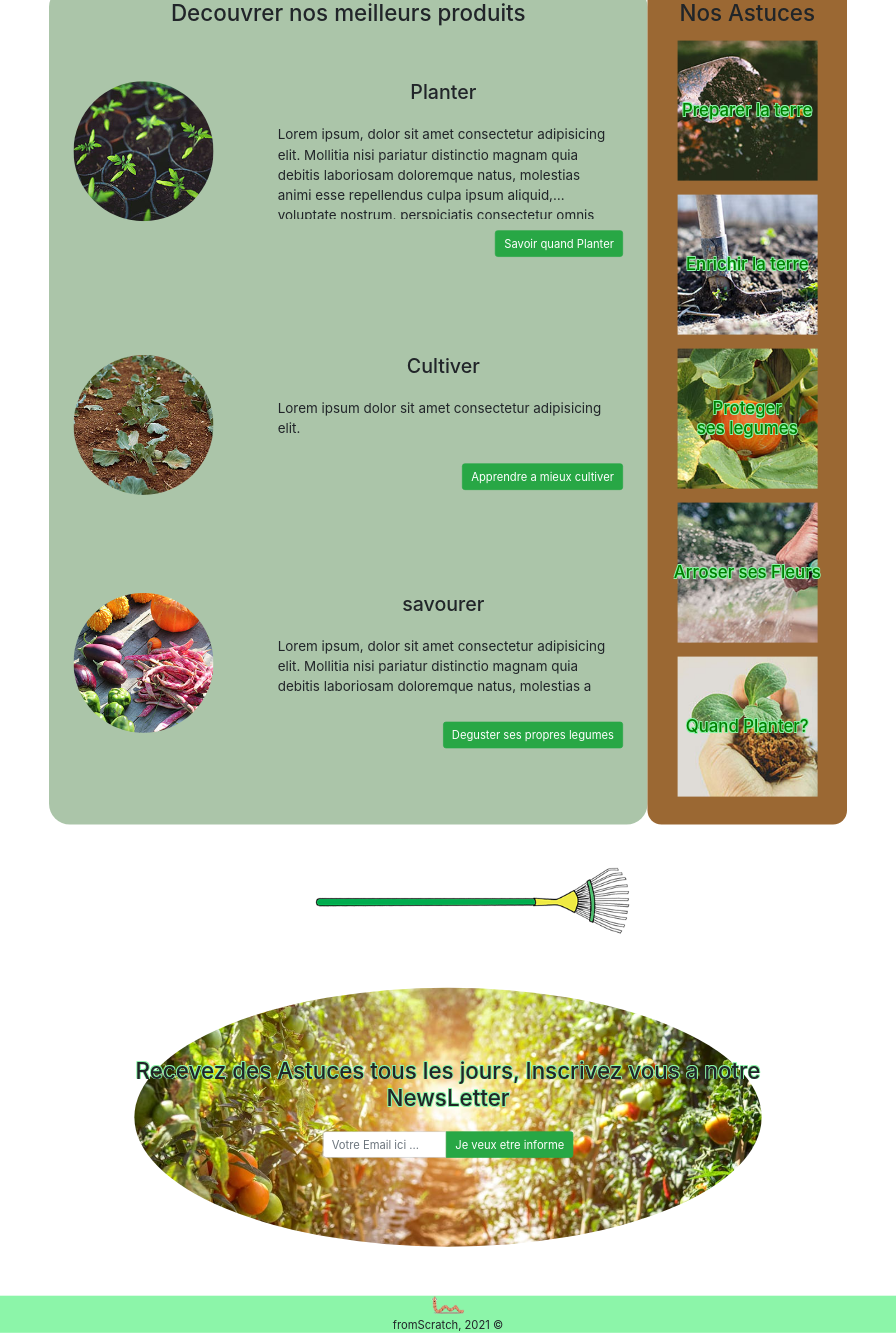
Repository: ahthionkevin/permaculture
Page: index.html
An editor plug-in stored every save of this project. The page is shown before and after the next save, followed by the edit.
The browser window is 1280 px wide. The pictures show the part of the page from y = 780 to 2700 px (the page is 2700 px tall), at 70% of full size.
Backgrounds fixed to the window are drawn as part of the page.

Above is the page before, as saved 2021-07-07 06:49:11.

### index.html
<!DOCTYPE html>
<html lang="fr">
<head>
    <meta charset="UTF-8">
    <meta http-equiv="X-UA-Compatible" content="IE=edge">
    <meta name="viewport" content="width=device-width, initial-scale=1.0">
    <title>Document</title>
    <link rel="stylesheet" href="./bootstrap.css">
    <link rel="stylesheet" href="./style.css">
</head>
<body>
    <header>
        <h1>Permaculture <br>de A a Z</h1>
    </header>
    <div class="container">
        <div class="row">
            <div class="col-lg-9" id="leftPart">
                <h2>Decouvrer nos meilleurs produits</h2>
                <div class="container">
                    <div class="row element">
                        <div class="col-sm-4">
                            <img src="./media/planter.jpg" alt="planter">
                        </div>
                        <div class="col-sm-8">
                            <h3>Planter</h3>
                            <p>Lorem ipsum, dolor sit amet consectetur adipisicing elit. Mollitia nisi pariatur distinctio magnam quia debitis laboriosam doloremque natus, molestias animi esse repellendus culpa ipsum aliquid, voluptate nostrum, perspiciatis consectetur omnis ipsa beatae? Debitis commodi rem voluptatum porro illo accusantium voluptas.</p>
                            <div class="bouton">
                                <button class="btn btn-success">Savoir quand Planter</button>
                            </div>

                        </div>
                    </div>

                    <div class="row element">
                        <div class="col-sm-4">
                            <img src="./media/cultiver.jpg" alt="cultiver">
                        </div>
                        <div class="col-sm-8">
                            <h3>Cultiver</h3>
                            <p>Lorem ipsum dolor sit amet consectetur adipisicing elit.</p>
                            <div class="bouton">
                                <button class="btn btn-success">Apprendre a mieux cultiver</button>
                            </div>

                        </div>
                    </div>

                    <div class="row element">
                        <div class="col-sm-4">
                            <img src="./media/savourer.jpg" alt="savourer">
                        </div>
                        <div class="col-sm-8">
                            <h3>savourer</h3>
                            <p>Lorem ipsum, dolor sit amet consectetur adipisicing elit. Mollitia nisi pariatur distinctio magnam quia debitis laboriosam doloremque natus, molestias a</p>
                            <div class="bouton">
                                <button class="btn btn-success">Deguster ses propres legumes</button>
                            </div>

                        </div>
                    </div>
                </div>
            </div>

            <div class="col-lg-3" id="rightPart">
                <h2>Nos Astuces</h2>
                <div class="tips" style="background: url(./media/preparer.jpeg) no-repeat 50% 50%;">
                    <h4>Preparer la terre</h4>
                </div>

                <div class="tips" style="background: url(./media/enrichir.jpeg) no-repeat 50% 50%;">
                    <h4>Enrichir la terre</h4>
                </div>

                <div class="tips" style="background: url(./media/proteger.jpg) no-repeat 50% 50%;">
                    <h4>Proteger <br>ses legumes</h4>
                </div>

                <div class="tips" style="background: url(./media/arroser.jpg) no-repeat 50% 50%;">
                    <h4>Arroser ses Fleurs</h4>
                </div>

                <div class="tips" style="background: url(./media/quand-planter.jpeg) no-repeat 50% 50%;">
                    <h4>Quand Planter?</h4>
                </div>
            </div>
        </div>
    </div>

    <div id="transition">
        <img src="./media/transition.png" alt="rateau">
    </div>

    <div id="newsLetter">
        <h4>Recevez des Astuces tous les jours, Inscrivez vous a notre NewsLetter</h4>
        <div class="input-group">
            <input type="email" class="form-control" placeholder="Votre Email ici ...">
            <div class="input-group-append">
                <button class="btn btn-success" type="submit">Je veux etre informe</button>
            </div>
        </div>
    </div>

    <footer>
        <img src="./media/logo.png" alt="logo">
        <p>
            fromScratch, 2021 &copy;
        </p>
    </footer>

</body>
</html>

### style.css
html{
    scroll-behavior: smooth;
}

h2, h3, h4, .nav-item, #transition, footer{
    text-align: center;
}

header{
    background: url(./media/main.jpg) no-repeat fixed 50% 50%;
    background-size: cover;
    height: 100vh;
    border-radius: 0 0 20px 20px;
    margin-bottom: 40px;
}

h1{
    font-size: 5rem;
    padding: 200px 0 0 20%;
    text-shadow: -3px 3px 2px #abc5a9;
    animation: titre ease 3.5s;
}

@keyframes titre {
    0%{
        opacity: 0;
        transform: translate(0px,180px);
    }
    100%{
        opacity: 1;
        transform: translate(0px,0px);
    }
}


/* *******************LEFT PART***************** */
#leftPart{
    background-color: #abc5a9;
    border-radius: 30px;
    padding: 20px;
}

.element{
    padding: 70px 0;
}

.element img{
    border-radius: 50%;
    width: 200px;
}

.element p{
    font-size: 1.2rem;
    display: -webkit-box;
    -webkit-box-orient: vertical;
    -webkit-line-clamp: 4;
    overflow: hidden;
    padding: 20px;
}
.element .bouton{
    text-align: right;
    max-width: 15px 4% 0 0;
}


/* ***************RIGHT PART*********** */
#rightPart{
    background-color: #9b6833;
    border-radius: 20px;
    padding: 20px;
}

.tips{
    height: 200px;
    margin: 20px auto;
    transition: 0.4s ease-out;
}

.tips h4{
    position: relative;
    color: green;
    top: 50%;
    transform: translateY(-50%);
    text-shadow: 1px 1px 0  #8cf5a9,1px -1px 0  #8cf5a9,-1px 1px 0  #8cf5a9,-1px -1px 0  #8cf5a9,1px 0px 0  #8cf5a9,0px 1px 0  #8cf5a9;
}

.tips:hover{
    opacity: 0.7;
    transform: scale(110%);
}


#transition{
    padding: 50px 0;
}

#transition img{
    animation: rateau linear 8s;
    animation-iteration-count: infinite;
    transform-origin: 50% 50%;
  }

  @keyframes rateau{
    0% {
      transform:  translate(0px,0px)  ;
    }
    7% {
      transform:  translate(66px,1px)  ;
    }
    20% {
      transform:  translate(2px,0px)  ;
    }
    31% {
      transform:  translate(56px,1px)  ;
    }
    49% {
      transform:  translate(-1px,3px)  ;
    }
    58% {
      transform:  translate(69px,1px)  ;
    }
    74% {
      transform:  translate(2px,3px)  ;
    }
    82% {
      transform:  translate(81px,1px)  ;
    }
    100% {
      transform:  translate(2px,5px)  ;
    }
  }

  #newsLetter{
      background: url(./media/newsletter.jpeg) no-repeat 50% 50%;
      background-size: cover;
      width: 70%;
      height: 370px;
      min-width: 450px;
      margin:0 auto;
      border-radius: 50%;
      margin-bottom: 70px;
  }

  #newsLetter h4{
      padding: 100px 0 20px 0;
      margin-top: 15px;
      font-size: 2rem;
      text-shadow: 1px 1px 0  #8cf5a9,1px -1px 0  #8cf5a9,-1px 1px 0  #8cf5a9,-1px -1px 0  #8cf5a9,1px 0px 0  #8cf5a9,0px 1px 0  #8cf5a9;

  }

  #newsLetter .input-group{
      width:40%;
      min-width: 350px;
      margin:0 auto;
  }

  footer{
      background-color: #8cf5a9;
  }

Loaded but not shown: bootstrap.css (library)

After the next save:
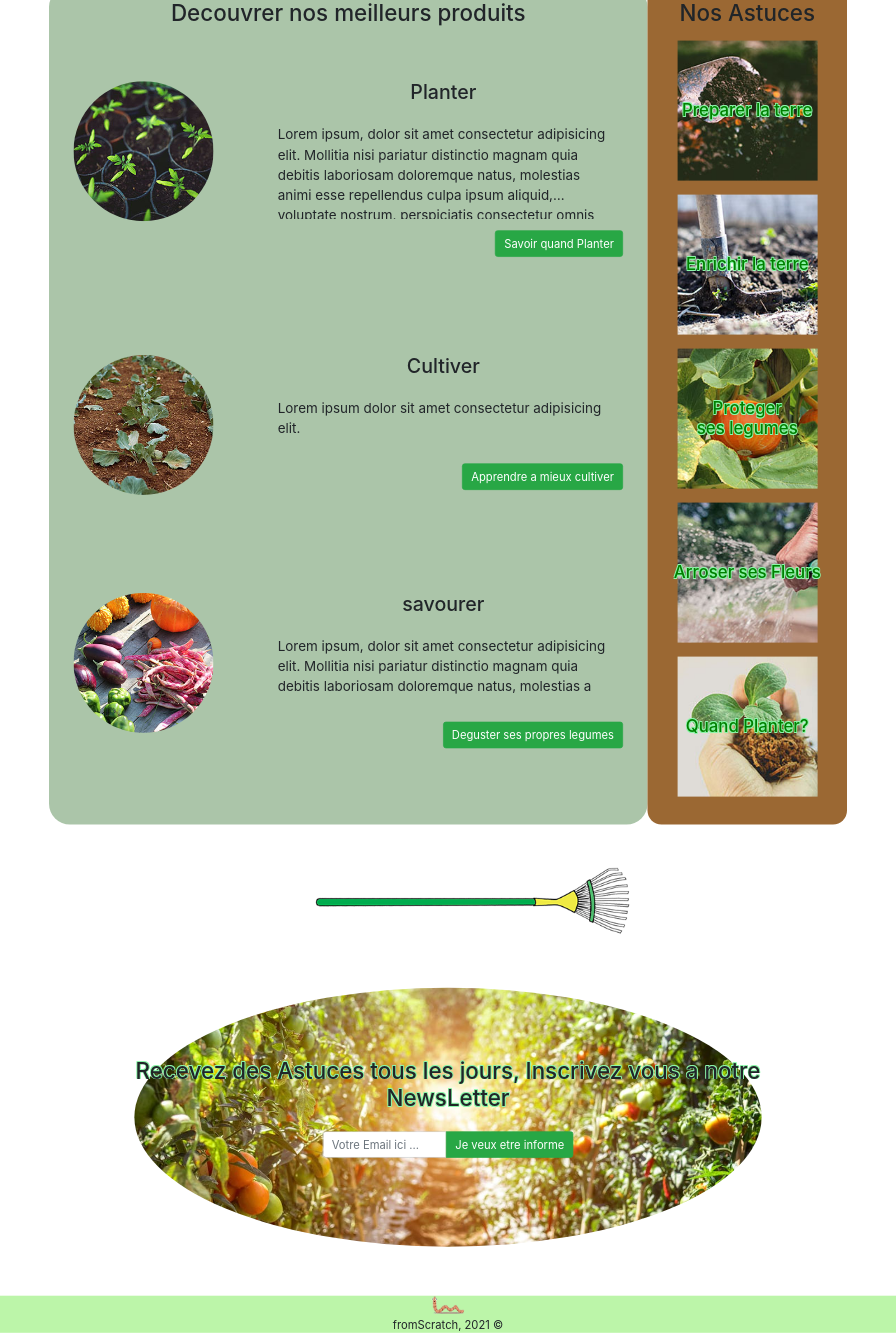
Saved 14 s later.
--- a/style.css
+++ b/style.css
@@ -156,5 +156,5 @@ h1{
   }
 
   footer{
-      background-color: #8cf5a9;
+      background-color: #bcf5a9;
   }
